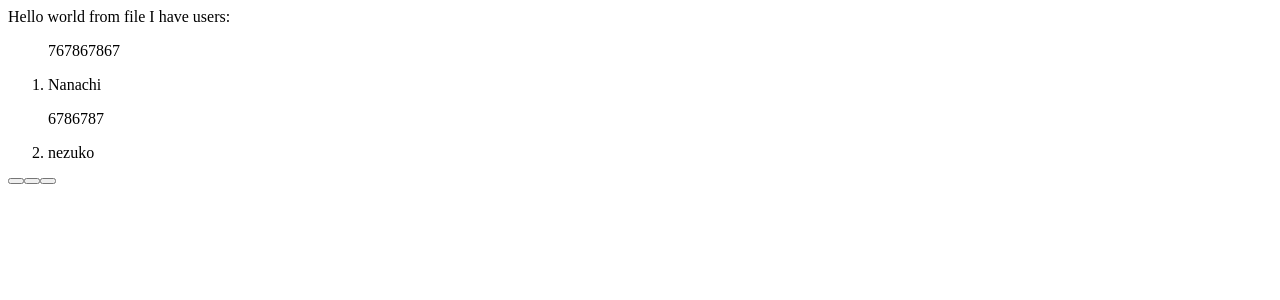
Repository: yevheniir/python_course_2020
Page: http://localhost/
An editor plug-in stored every save of this project. The page is shown before and after a run of saves, followed by the edit.
The browser window is 1280 px wide. The pictures show the whole page.
The page is served by the project's application, run on Flask 3 (l4/app.py). Other server files are loaded and not shown.

Above is the page before, as saved 2020-06-27 18:57:11.

### l4/templates/index.html
Hello world from file

I have users:

<ol>
{% for user in users %}
    <p>{{user.id}}</p>
    <li>{{user.name}}</li>
{% endfor %}
</ol>


<button>
<button>
<button>

### l4/app.py
from flask import Flask
from flask import jsonify
from flask import render_template

app = Flask(__name__)
# ////////////////////////////////////////////

users_obj = [{"id": 767867867, "name": "Nanachi"}, {"id": 6786787, "name": "nezuko"}]


@app.route('/')  #контролер
def nanachi():
    return render_template("index.html", users=users_obj)


@app.route('/users')  #контролер
def users():
    return jsonify(users_obj)



# ////////////////////////////////////////////
if __name__ == '__main__':
    app.run()

After the next 16 saves:
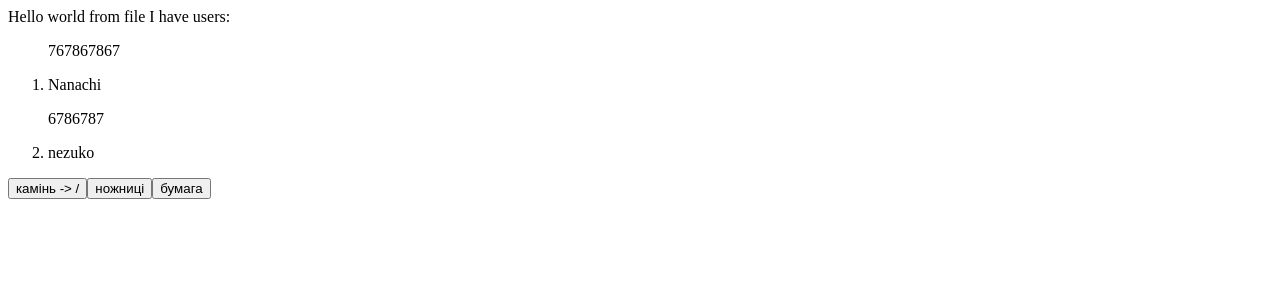
The 16 saves are shown as one change because they came seconds apart.
The last was saved 67 s later.
--- a/l4/templates/index.html
+++ b/l4/templates/index.html
@@ -10,6 +10,6 @@ I have users:
 </ol>
 
 
-<button>
-<button>
-<button>
+<button>камінь  -> /
+<button>ножниці
+<button>бумага
